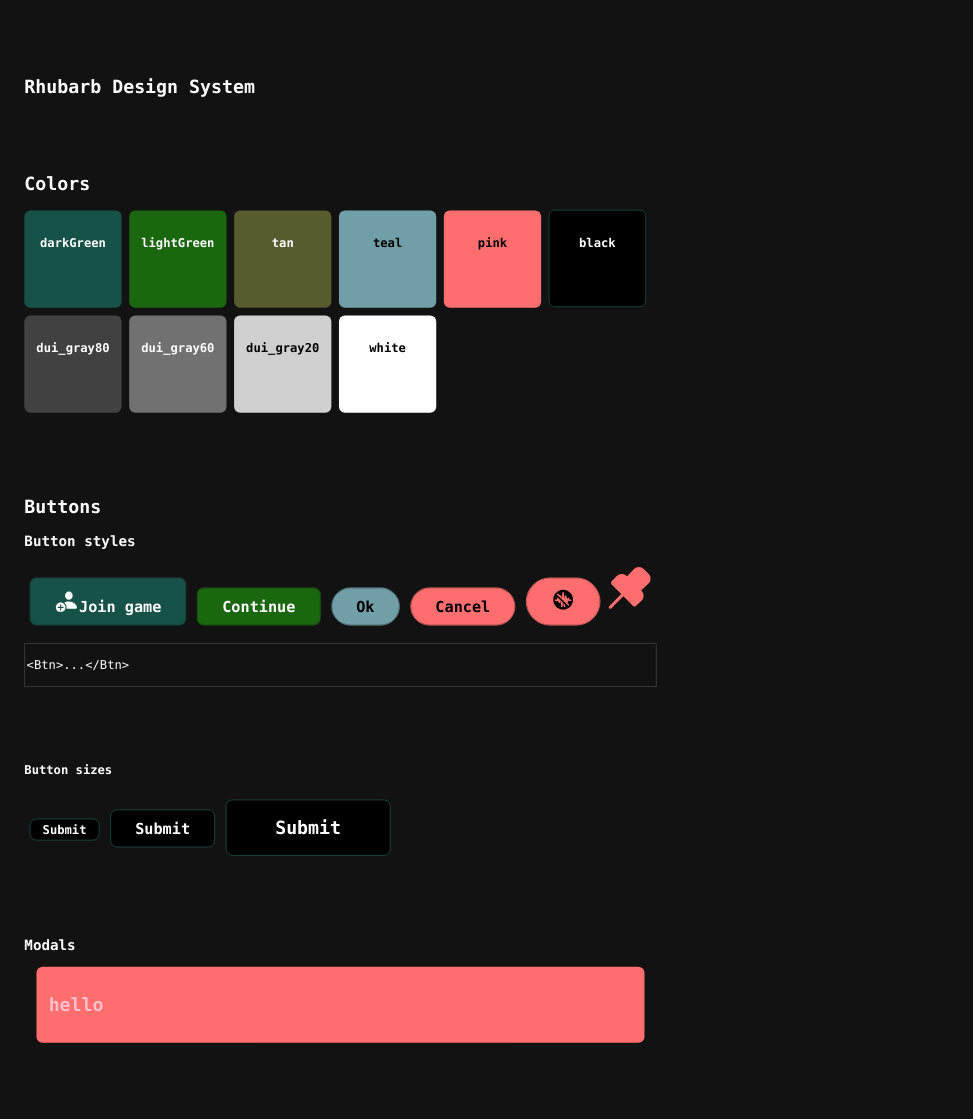
Repository: kttalley/designing-with-data_react-class
Page: / (app in lesson6_design-system-component-extension/)
The author's editor kept a copy of each file at every save. The page is drawn from the files as they stood at one save, then again after the next save.
The browser window is 1280 px wide. The pictures show the whole page, at 76% of full size.
The project was rebuilt for these pictures with package versions that can differ from the ones it lists, and the page was loaded fresh each time. Imported but missing from the stored project, and not drawn on this page: lesson6_design-system-component-extension/src/Rhubarb/Input.

Above is the page before, as saved 2023-09-01 12:09:04.

After the next save:
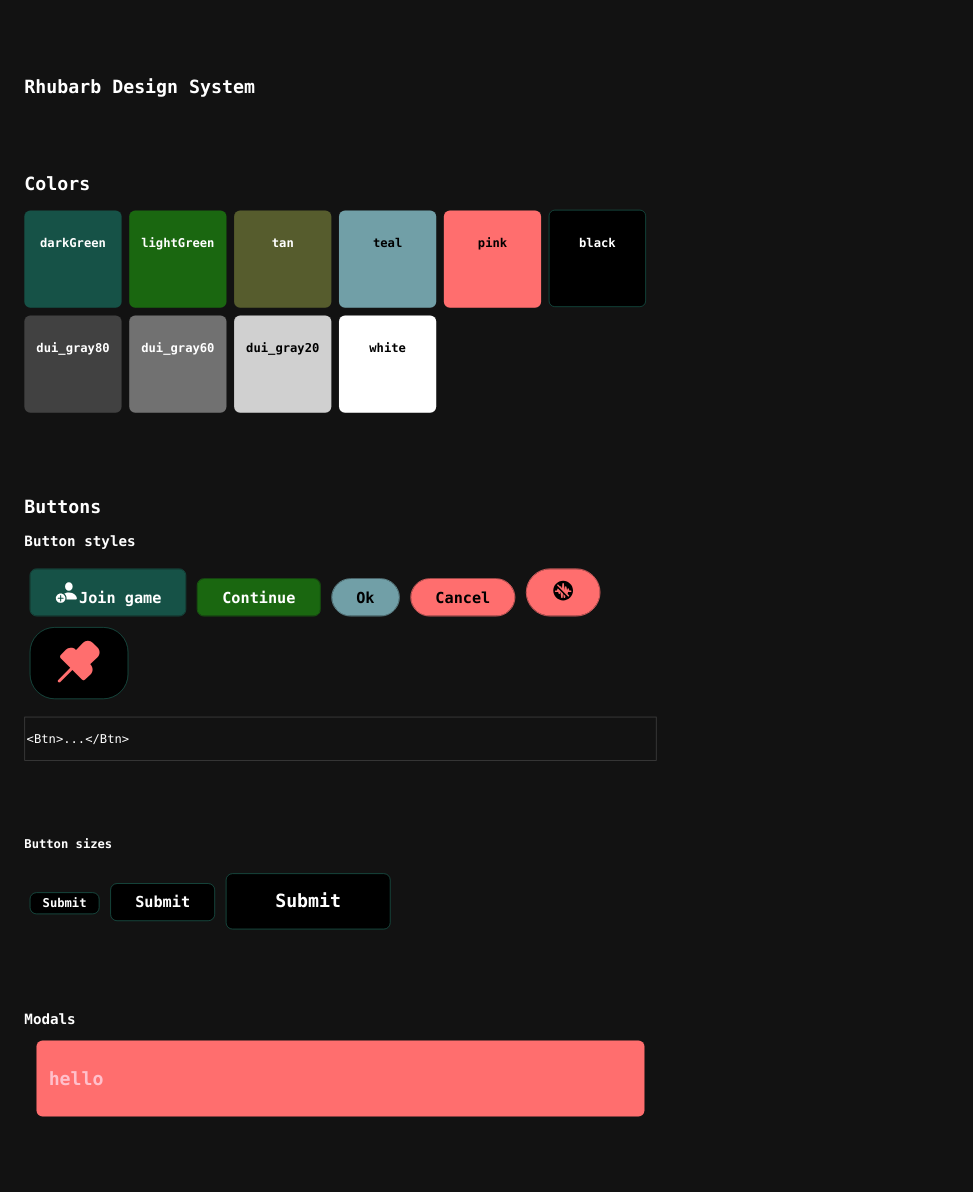
Saved 93 s later.
--- a/lesson6_design-system-component-extension/src/App.js
+++ b/lesson6_design-system-component-extension/src/App.js
@@ -43,8 +43,12 @@ class App extends Component {
           <Btn color="lightGreen">Continue</Btn>
           <Btn color="teal"  roundness="pill">Ok</Btn>
           <Btn color="pink"  roundness="pill">Cancel</Btn>
-          <Btn color="pink" roundness="pill"><Icon name="cancel" color={color.black} size={fontSize[4]}></Icon></Btn>
-          <Icon name="pin" color={color.pink} size={fontSize[5]} />
+          <Btn color="pink" roundness="pill">
+            <Icon name="cancel" color={color.black} size={fontSize[4]}></Icon>
+          </Btn>
+          <Btn roundness="pill">
+            <Icon name="pin" color={color.pink} size={fontSize[5]} />
+          </Btn>
           <DocsCodeBlock>
             <p>
               {"<Btn>...</Btn>"}
